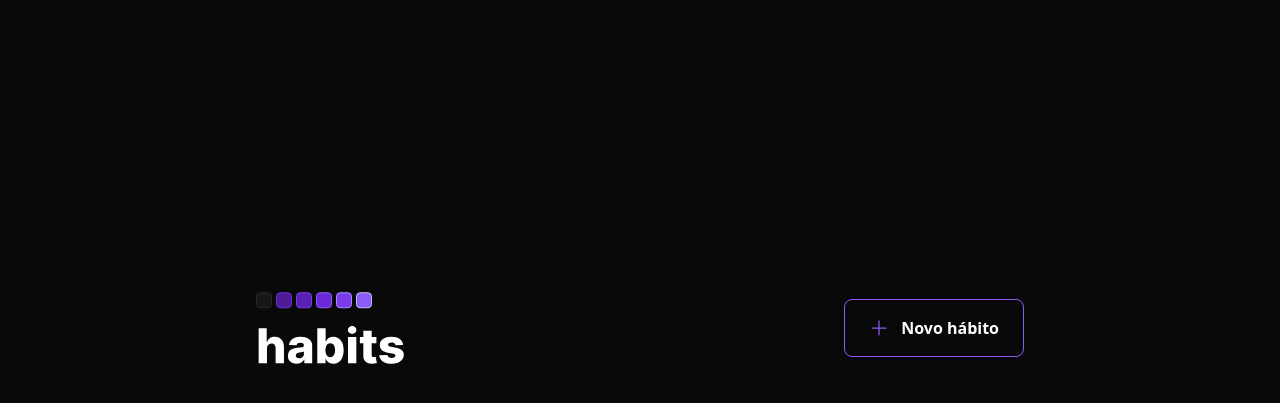
Repository: LuizAGDomingues/Habits-application
Page: /
These files come from the project's save history. The page is drawn as it stood at one moment and after a run of saves; the edit follows.
The browser window is 1280 px wide. The pictures show the whole page.
The project was rebuilt for these pictures with package versions that can differ from the ones it lists, and the page was loaded fresh each time. Also part of the build but not shown: vite.config.ts.

Above is the page before, as saved 2023-01-18 16:12:27.

After the next 4 saves:
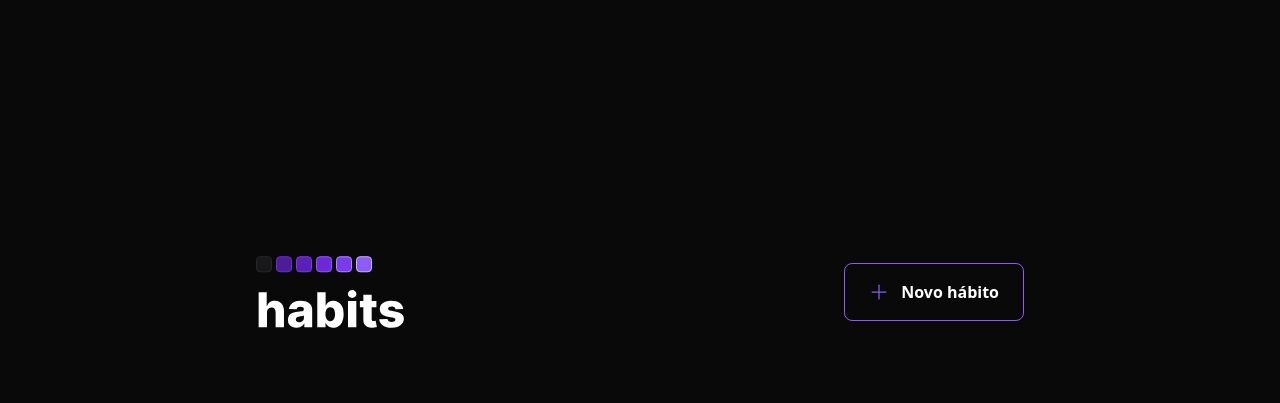
The 4 saves are shown as one change because they came seconds apart.
The last was saved 52 s later.
--- a/src/components/SummaryTable.tsx
+++ b/src/components/SummaryTable.tsx
@@ -2,7 +2,9 @@
 function SummaryTable() {
   return (
     <div className="w-full flex">
-      <div className="grid grid-rows-7 grid-flow-row"></div>
+      <div className="grid grid-rows-7 grid-flow-row gap-3">
+        <div className=""></div>
+      </div>
     </div>
   )
 }
